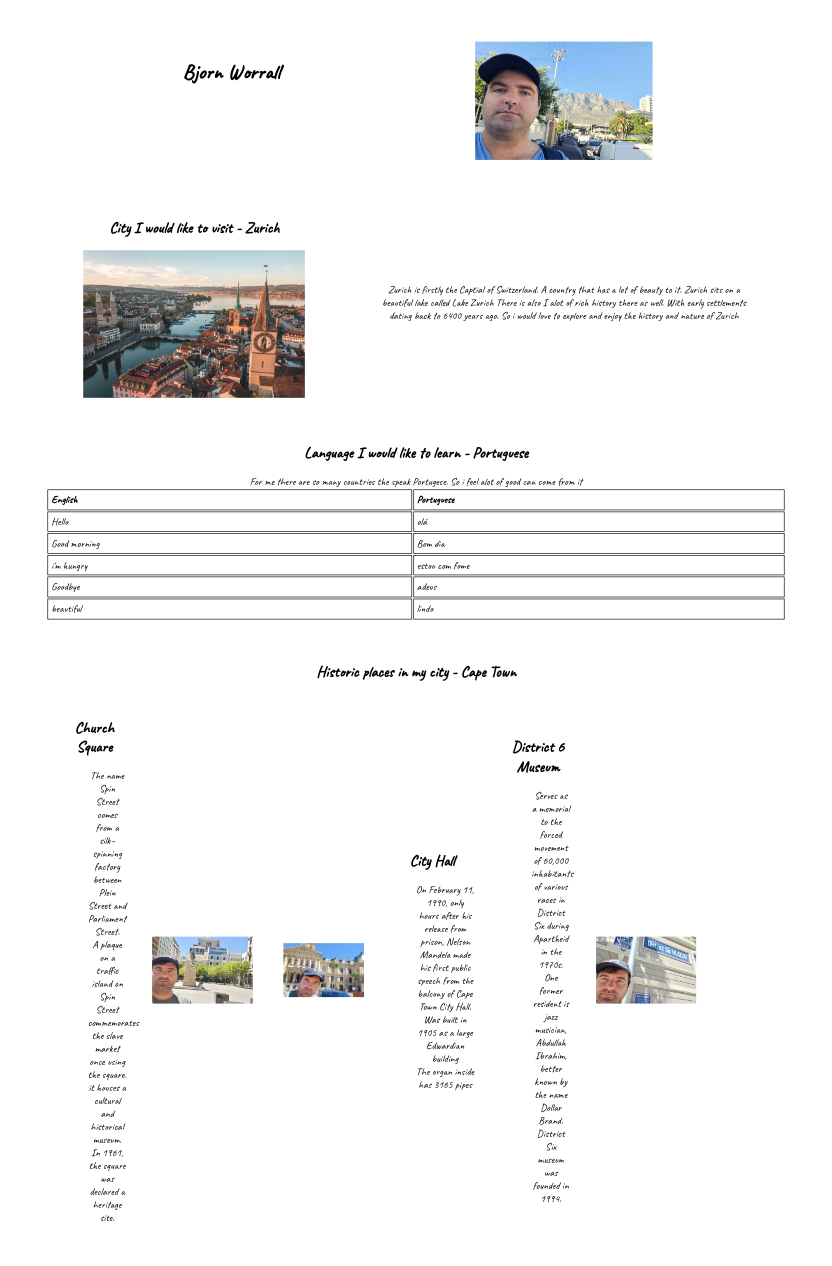
Repository: lasity34/basic-webpage
Page: no_framework/index.html
These files come from the project's save history. The page is drawn as it stood at one moment and after the next save; the edit follows.
The browser window is 1280 px wide. The pictures show the whole page, at 65% of full size.

Above is the page before, as saved 2023-03-03 12:20:22.

After the next save:
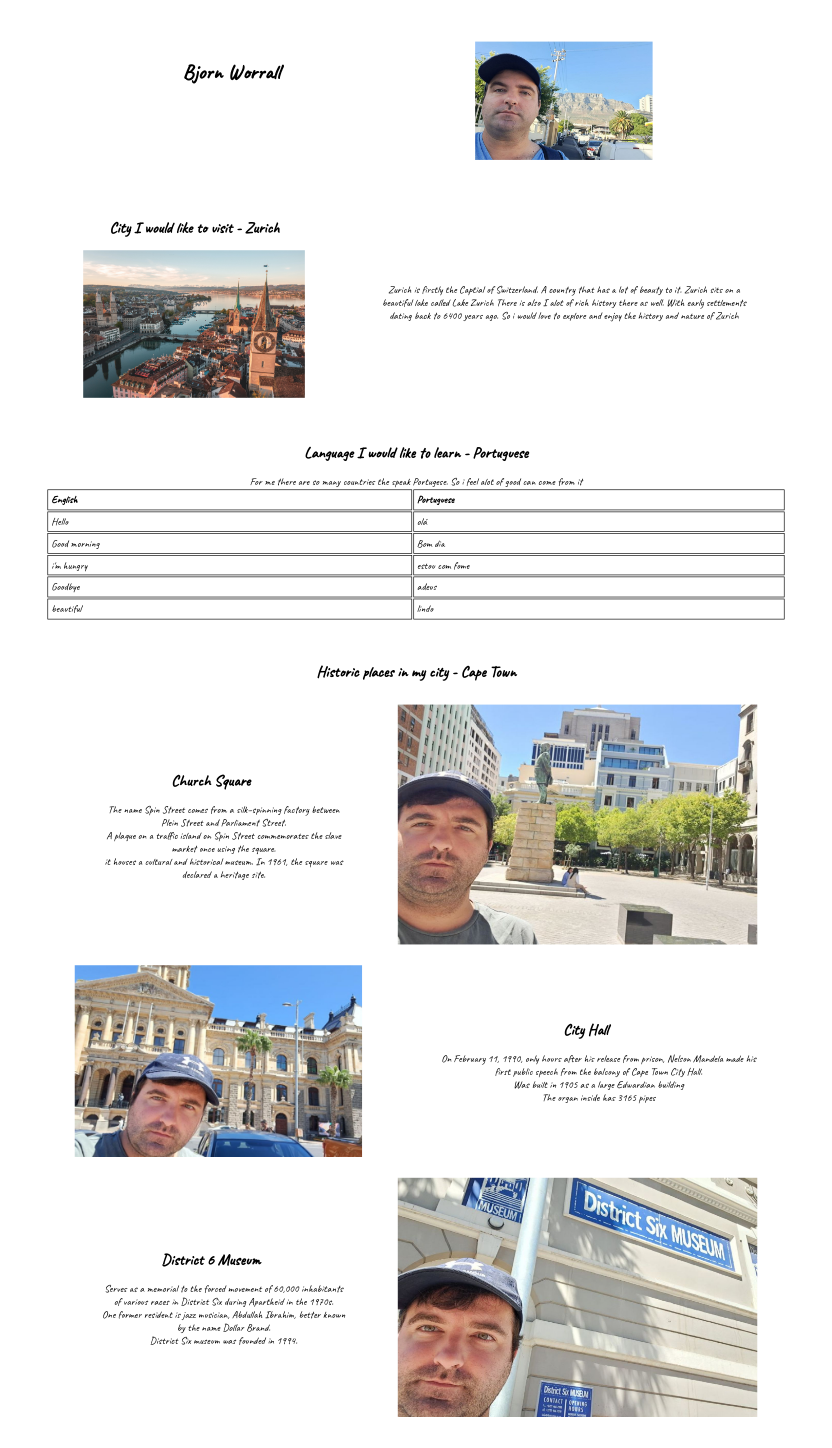
Saved 33 s later.
--- a/no_framework/index.html
+++ b/no_framework/index.html
@@ -74,7 +74,7 @@
       </section>
       <section>
         <h1>Historic places in my city - Cape Town</h1>
-        <div id="places_grid">
+        <div class="grid-display">
           <div class="places_container">
             <div class="places_info">
               <h2>Church Square</h2>

After the 3 saves that followed:
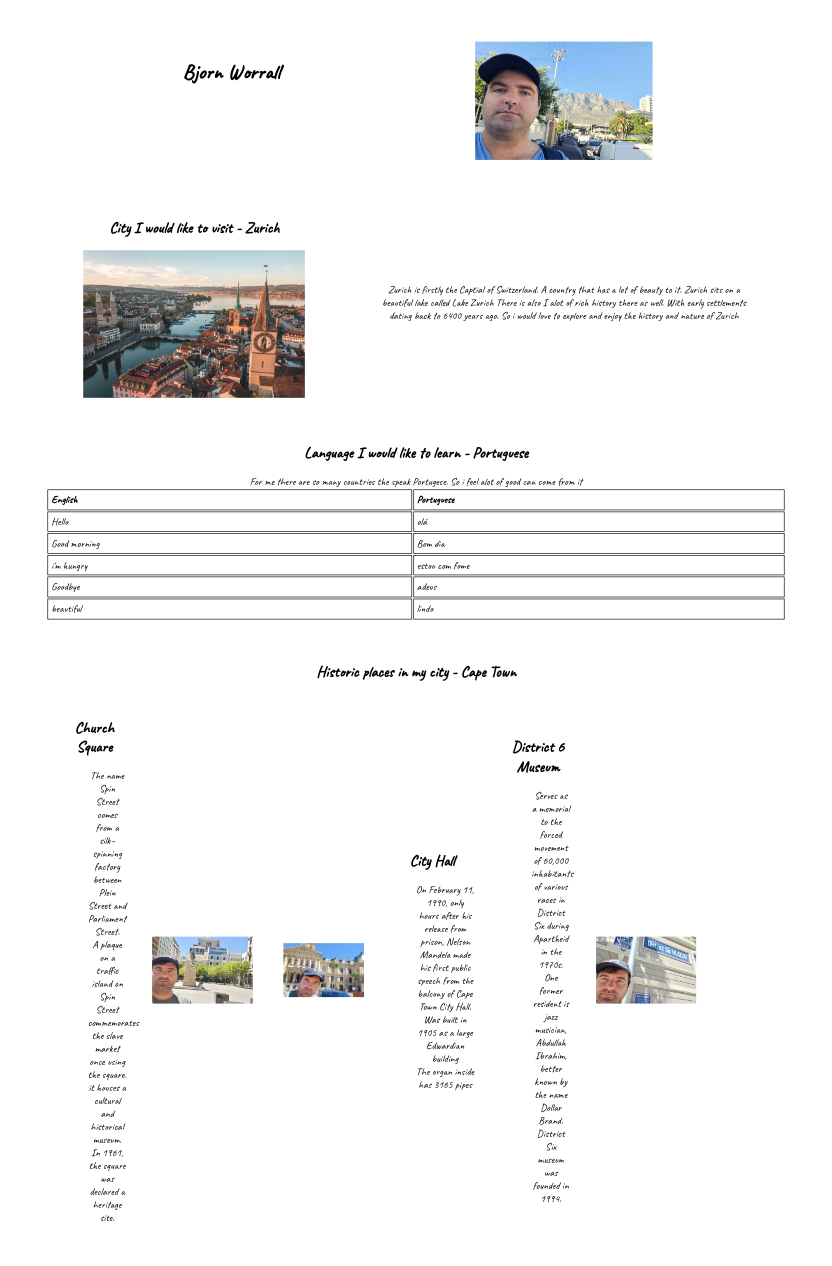
The 3 saves are shown as one change because 2 left the picture as it was.
The last was saved 2 min 54 s later.
--- a/no_framework/index.html
+++ b/no_framework/index.html
@@ -74,7 +74,7 @@
       </section>
       <section>
         <h1>Historic places in my city - Cape Town</h1>
-        <div class="grid-display">
+        <div id="places_grid">
           <div class="places_container">
             <div class="places_info">
               <h2>Church Square</h2>
--- a/no_framework/styles.css
+++ b/no_framework/styles.css
@@ -105,21 +105,19 @@ th {
     grid-template-columns: 50% 40%;
   }
 
-  p, .places_info, #places_info_hall {
+  p,
+  .places_info,
+  #places_info_hall {
     margin: auto 0;
-
   }
 
   #city_section {
-    display: grid;
     justify-content: space-around;
     grid-template-columns: 30% 50%;
   }
-
 
   #places_grid {
     display: grid;
     grid-template-columns: 30% 30% 30%;
   }
-
 }
